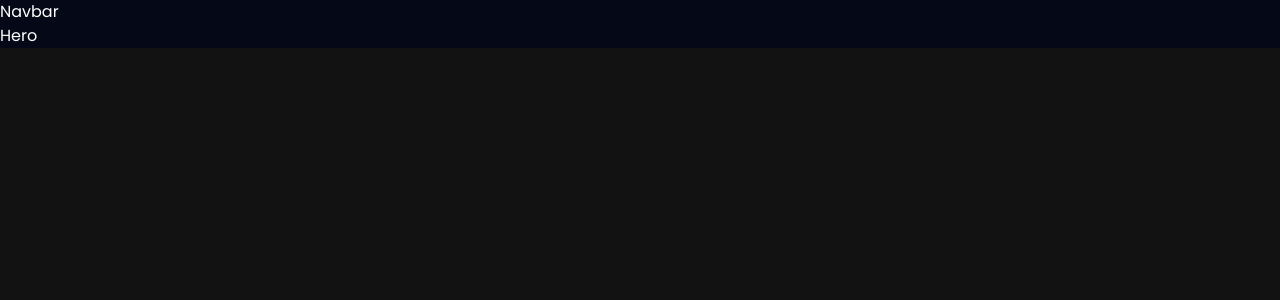
Repository: smallchungus/3JSPersonalWebsite
Page: /
The author's editor kept a copy of each file at every save. The page is drawn from the files as they stood at one save, then again after a run of saves.
The browser window is 1280 px wide. The pictures show the whole page.
The project was rebuilt for these pictures with package versions that can differ from the ones it lists, and the page was loaded fresh each time. Also part of the build but not shown: vite.config.js, src/components/canvas/Earth.jsx, src/components/canvas/Ball.jsx, src/components/canvas/Computers.jsx, src/components/canvas/Stars.jsx, src/components/Tech.jsx, src/components/Works.jsx, src/components/Feedbacks.jsx and 1 more.

Above is the page before, as saved 2023-07-10 16:17:22.

### src/App.jsx
import {BrowserRouter} from 'react-router-dom'

import {About, Contact, Experience, Feedbacks, Hero, Navbar, Tech, Works, StarsCanvas } from './components'


const App = () => {
  return (
    <BrowserRouter>
    <div className = "relative z-0 bg-primary">
      <div className ="bg-her-pattern bg-cover bg-no-repeat bg-center ">
        <Navbar />
        <Hero />
      </div>
    </div>
    </BrowserRouter>
  )
}

export default App

### src/index.css

@import url("https://fonts.googleapis.com/css2?family=Poppins:wght@100;200;300;400;500;600;700;800;900&display=swap");

@tailwind base;
@tailwind components;
@tailwind utilities;

* {
  margin: 0;
  padding: 0;
  box-sizing: border-box;
  font-family: "Poppins", sans-serif;
  scroll-behavior: smooth;
  color-scheme: dark;
}

.hash-span {
  margin-top: -100px;
  padding-bottom: 100px;
  display: block;
}

.black-gradient {
  background: #000000; /* fallback for old browsers */
  background: -webkit-linear-gradient(
    to right,
    #434343,
    #000000
  ); /* Chrome 10-25, Safari 5.1-6 */
  background: linear-gradient(
    to right,
    #434343,
    #000000
  ); /* W3C, IE 10+/ Edge, Firefox 16+, Chrome 26+, Opera 12+, Safari 7+ */
}

.violet-gradient {
  background: #804dee;
  background: linear-gradient(-90deg, #804dee 0%, rgba(60, 51, 80, 0) 100%);
  background: -webkit-linear-gradient(
    -90deg,
    #804dee 0%,
    rgba(60, 51, 80, 0) 100%
  );
}

.green-pink-gradient {
  background: "#00cea8";
  background: linear-gradient(90.13deg, #00cea8 1.9%, #bf61ff 97.5%);
  background: -webkit-linear-gradient(-90.13deg, #00cea8 1.9%, #bf61ff 97.5%);
}

.orange-text-gradient {
  background: #f12711; /* fallback for old browsers */
  background: -webkit-linear-gradient(
    to top,
    #f12711,
    #f5af19
  ); /* Chrome 10-25, Safari 5.1-6 */
  background: linear-gradient(
    to top,
    #f12711,
    #f5af19
  ); /* W3C, IE 10+/ Edge, Firefox 16+, Chrome 26+, Opera 12+, Safari 7+ */
  -webkit-background-clip: text;
  -webkit-text-fill-color: transparent;
}

.green-text-gradient {
  background: #11998e; /* fallback for old browsers */
  background: -webkit-linear-gradient(
    to top,
    #11998e,
    #38ef7d
  ); /* Chrome 10-25, Safari 5.1-6 */
  background: linear-gradient(
    to top,
    #11998e,
    #38ef7d
  ); /* W3C, IE 10+/ Edge, Firefox 16+, Chrome 26+, Opera 12+, Safari 7+ */
  -webkit-background-clip: text;
  -webkit-text-fill-color: transparent;
}

.blue-text-gradient {
  /* background: -webkit-linear-gradient(#eee, #333); */
  background: #56ccf2; /* fallback for old browsers */
  background: -webkit-linear-gradient(
    to top,
    #2f80ed,
    #56ccf2
  ); /* Chrome 10-25, Safari 5.1-6 */
  background: linear-gradient(
    to top,
    #2f80ed,
    #56ccf2
  ); /* W3C, IE 10+/ Edge, Firefox 16+, Chrome 26+, Opera 12+, Safari 7+ */
  -webkit-background-clip: text;
  -webkit-text-fill-color: transparent;
}

.pink-text-gradient {
  background: #ec008c; /* fallback for old browsers */
  background: -webkit-linear-gradient(
    to top,
    #ec008c,
    #fc6767
  ); /* Chrome 10-25, Safari 5.1-6 */
  background: linear-gradient(
    to top,
    #ec008c,
    #fc6767
  ); /* W3C, IE 10+/ Edge, Firefox 16+, Chrome 26+, Opera 12+, Safari 7+ */
  -webkit-background-clip: text;
  -webkit-text-fill-color: transparent;
}

/* canvas- styles */
.canvas-loader {
  font-size: 10px;
  width: 1em;
  height: 1em;
  border-radius: 50%;
  position: relative;
  text-indent: -9999em;
  animation: mulShdSpin 1.1s infinite ease;
  transform: translateZ(0);
}

@keyframes mulShdSpin {
  0%,
  100% {
    box-shadow: 0em -2.6em 0em 0em #ffffff,
      1.8em -1.8em 0 0em rgba(255, 255, 255, 0.2),
      2.5em 0em 0 0em rgba(255, 255, 255, 0.2),
      1.75em 1.75em 0 0em rgba(255, 255, 255, 0.2),
      0em 2.5em 0 0em rgba(255, 255, 255, 0.2),
      -1.8em 1.8em 0 0em rgba(255, 255, 255, 0.2),
      -2.6em 0em 0 0em rgba(255, 255, 255, 0.5),
      -1.8em -1.8em 0 0em rgba(255, 255, 255, 0.7);
  }
  12.5% {
    box-shadow: 0em -2.6em 0em 0em rgba(255, 255, 255, 0.7),
      1.8em -1.8em 0 0em #ffffff, 2.5em 0em 0 0em rgba(255, 255, 255, 0.2),
      1.75em 1.75em 0 0em rgba(255, 255, 255, 0.2),
      0em 2.5em 0 0em rgba(255, 255, 255, 0.2),
      -1.8em 1.8em 0 0em rgba(255, 255, 255, 0.2),
      -2.6em 0em 0 0em rgba(255, 255, 255, 0.2),
      -1.8em -1.8em 0 0em rgba(255, 255, 255, 0.5);
  }
  25% {
    box-shadow: 0em -2.6em 0em 0em rgba(255, 255, 255, 0.5),
      1.8em -1.8em 0 0em rgba(255, 255, 255, 0.7), 2.5em 0em 0 0em #ffffff,
      1.75em 1.75em 0 0em rgba(255, 255, 255, 0.2),
      0em 2.5em 0 0em rgba(255, 255, 255, 0.2),
      -1.8em 1.8em 0 0em rgba(255, 255, 255, 0.2),
      -2.6em 0em 0 0em rgba(255, 255, 255, 0.2),
      -1.8em -1.8em 0 0em rgba(255, 255, 255, 0.2);
  }
  37.5% {
    box-shadow: 0em -2.6em 0em 0em rgba(255, 255, 255, 0.2),
      1.8em -1.8em 0 0em rgba(255, 255, 255, 0.5),
      2.5em 0em 0 0em rgba(255, 255, 255, 0.7), 1.75em 1.75em 0 0em #ffffff,
      0em 2.5em 0 0em rgba(255, 255, 255, 0.2),
      -1.8em 1.8em 0 0em rgba(255, 255, 255, 0.2),
      -2.6em 0em 0 0em rgba(255, 255, 255, 0.2),
      -1.8em -1.8em 0 0em rgba(255, 255, 255, 0.2);
  }
  50% {
    box-shadow: 0em -2.6em 0em 0em rgba(255, 255, 255, 0.2),
      1.8em -1.8em 0 0em rgba(255, 255, 255, 0.2),
      2.5em 0em 0 0em rgba(255, 255, 255, 0.5),
      1.75em 1.75em 0 0em rgba(255, 255, 255, 0.7), 0em 2.5em 0 0em #ffffff,
      -1.8em 1.8em 0 0em rgba(255, 255, 255, 0.2),
      -2.6em 0em 0 0em rgba(255, 255, 255, 0.2),
      -1.8em -1.8em 0 0em rgba(255, 255, 255, 0.2);
  }
  62.5% {
    box-shadow: 0em -2.6em 0em 0em rgba(255, 255, 255, 0.2),
      1.8em -1.8em 0 0em rgba(255, 255, 255, 0.2),
      2.5em 0em 0 0em rgba(255, 255, 255, 0.2),
      1.75em 1.75em 0 0em rgba(255, 255, 255, 0.5),
      0em 2.5em 0 0em rgba(255, 255, 255, 0.7), -1.8em 1.8em 0 0em #ffffff,
      -2.6em 0em 0 0em rgba(255, 255, 255, 0.2),
      -1.8em -1.8em 0 0em rgba(255, 255, 255, 0.2);
  }
  75% {
    box-shadow: 0em -2.6em 0em 0em rgba(255, 255, 255, 0.2),
      1.8em -1.8em 0 0em rgba(255, 255, 255, 0.2),
      2.5em 0em 0 0em rgba(255, 255, 255, 0.2),
      1.75em 1.75em 0 0em rgba(255, 255, 255, 0.2),
      0em 2.5em 0 0em rgba(255, 255, 255, 0.5),
      -1.8em 1.8em 0 0em rgba(255, 255, 255, 0.7), -2.6em 0em 0 0em #ffffff,
      -1.8em -1.8em 0 0em rgba(255, 255, 255, 0.2);
  }
  87.5% {
    box-shadow: 0em -2.6em 0em 0em rgba(255, 255, 255, 0.2),
      1.8em -1.8em 0 0em rgba(255, 255, 255, 0.2),
      2.5em 0em 0 0em rgba(255, 255, 255, 0.2),
      1.75em 1.75em 0 0em rgba(255, 255, 255, 0.2),
      0em 2.5em 0 0em rgba(255, 255, 255, 0.2),
      -1.8em 1.8em 0 0em rgba(255, 255, 255, 0.5),
      -2.6em 0em 0 0em rgba(255, 255, 255, 0.7), -1.8em -1.8em 0 0em #ffffff;
  }
}

Loaded but not shown: index.html (common file); src/main.jsx (common file); src/components/index.js (common file); src/components/canvas/index.js (common file); src/components/Hero.jsx (common file); src/components/Navbar.jsx (common file); tailwind.config.js (common file); src/components/About.jsx (common file); src/components/Experience.jsx (common file)

After the next 2 saves:
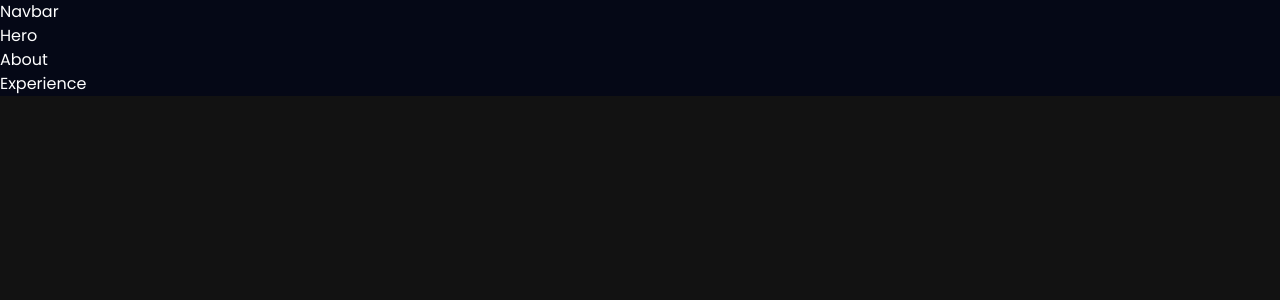
The 2 saves are shown as one change because they came seconds apart.
The last was saved 6 s later.
--- a/src/App.jsx
+++ b/src/App.jsx
@@ -11,6 +11,9 @@ const App = () => {
         <Navbar />
         <Hero />
       </div>
+      <About/>
+      <Experience/>
+
     </div>
     </BrowserRouter>
   )
